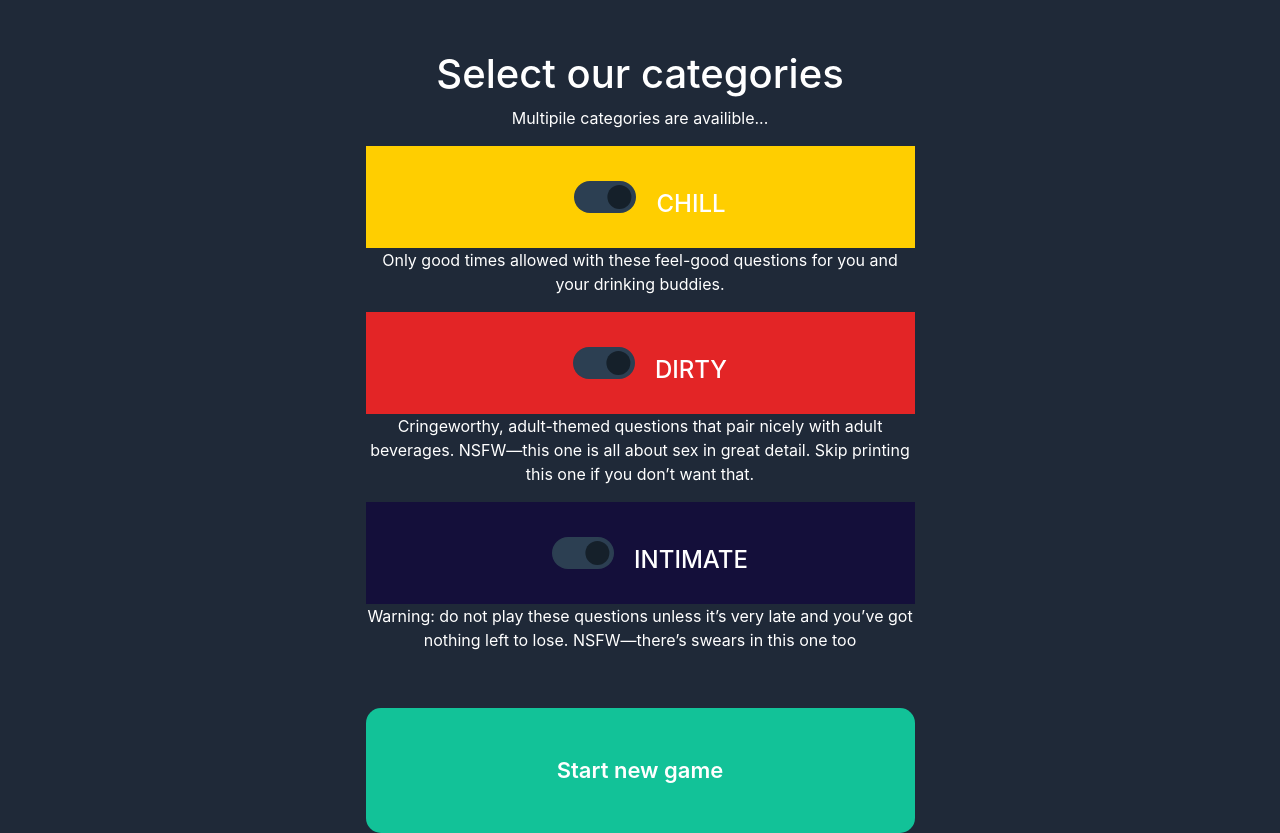
Repository: RafaelAshurov/TruthOrDrink
Page: /chose-your-categories
An editor plug-in stored every save of this project. The page is shown before and after the next save, followed by the edit.
The browser window is 1280 px wide. The pictures show the whole page.
The project was rebuilt for these pictures with package versions that can differ from the ones it lists, and the page was loaded fresh each time. Also part of the build but not shown: src/views/QuestionsPage.vue.

Above is the page before, as saved 2020-10-10 18:13:46.

### public/index.html
<!DOCTYPE html>
<html lang="en">
    <head>
        <meta charset="utf-8" />
        <meta http-equiv="X-UA-Compatible" content="IE=edge" />
        <meta name="viewport" content="width=device-width,initial-scale=1.0" />
        <link rel="icon" href="<%= BASE_URL %>favicon.ico" />
        <title>Truth Or Drink</title>
    </head>
    <body>
        <noscript>
            <strong
                >We're sorry but truth_or_drink doesn't work properly without
                JavaScript enabled. Please enable it to continue.</strong
            >
        </noscript>
        <div id="app"></div>
        <!-- built files will be auto injected -->
    </body>
</html>

### src/App.vue
<template>
    <div id="app" class="container-fluid">
        <div class="row justify-content-center text-center">
            <div class="col-12 col-md-8 col-lg-6 site-content">
                <router-view />
            </div>
        </div>
    </div>
</template>

<style lang="scss">
#app {
    .site-content {
        padding-top: 50px;
    }
}
body {
    background-color: #1f2938;
    color: #ffffff;
}
</style>

### src/router.js
import Vue from "vue";
import Router from "vue-router";
import StartGame from "./views/StartGame.vue";
import CategorySelect from "./views/CategorySelect.vue";
import QuestionsPage from "./views/QuestionsPage.vue";

Vue.use(Router);

export default new Router({
    mode: "history",
    base: process.env.BASE_URL,
    routes: [
        {
            path: "/",
            name: "startGame",
            component: StartGame
        },
        {
            path: "/chose-your-categories",
            name: "categories",
            component: CategorySelect
        },
        {
            path: "/drink-up",
            name: "questionsPage",
            component: QuestionsPage,
            props: true
        }
    ]
});

### src/views/StartGame.vue
<template>
    <div class="d-inline-block">
        <div class="start-game-logo-container">
            <img src="@/assets/tod.png" alt="site logo" />
        </div>
        <button @click="moveToCategpries()" type="button" class="btn btn-bg">New Game</button>
    </div>
</template>

<script>
export default {
    methods: {
        moveToCategpries() {
            this.$router.push("/chose-your-categories");
        }
    },
    created: function() {
        let localQuestionList = window.localStorage.getItem("questions");
        if (localQuestionList) this.$router.push({ name: "questionsPage" });
    }
};
</script>

<style>
.start-game-logo-container {
    img {
        max-width: 240px;
    }
}
button.btn {
    margin-top: 40px;
    width: 90%;
    padding: 45px;
    background-color: #12c298;
    color: #ffffff;
    font-size: 22px;
    font-weight: 600;
    border-radius: 15px;
}
</style>

### src/views/CategorySelect.vue
<template>
    <div class="category-select-page">
        <h1>Select our categories</h1>
        <p>Multipile categories are availible...</p>
        <div class="categories-wrapper">
            <div class="category-container" v-for="category in categories" :key="category.id">
                <div class="category-btn" :style="{ 'background-color': category.color }">
                    <span
                        ><input
                            type="checkbox"
                            name="checkbox"
                            v-model="selectedCategories"
                            :value="category.name"
                    /></span>
                    <h4>
                        {{ category.name }}
                    </h4>
                </div>
                <p class="category-description">
                    {{ category.description }}
                </p>
            </div>
        </div>
        <div class="start-game-btn-wrapper">
            <button @click="startNewGame()" type="button" class="btn btn-bg">
                Start new game
            </button>
        </div>
    </div>
</template>

<script>
import { QuestionList } from "../helpers/questionsList";

export default {
    data() {
        return {
            categories: [],
            selectedCategories: [],
            noCategoriesAlert: false
        };
    },
    created: function() {
        const categories = this.fillterCategories(QuestionList);
        this.setCategoriesObjects(categories);
    },
    methods: {
        fillterCategories(questionsList) {
            let categoriesArr = [];
            questionsList.forEach(question => {
                if (!categoriesArr.includes(question.category))
                    categoriesArr.push(question.category);
            });
            return categoriesArr;
        },
        setCategoriesObjects(categories) {
            categories.forEach(categoryName => {
                let categoryObj = {};
                switch (categoryName) {
                    case "chill":
                        categoryObj = {
                            id: 1,
                            name: categoryName,
                            color: "#ffce00",
                            description:
                                "Only good times allowed with these feel-good questions for you and your drinking buddies. "
                        };
                        break;
                    case "dirty":
                        categoryObj = {
                            id: 2,
                            name: categoryName,
                            color: "#e32526",
                            description:
                                "Cringeworthy, adult-themed questions that pair nicely with adult beverages. NSFW—this one is all about sex in great detail. Skip printing this one if you don’t want that."
                        };
                        break;
                    case "intimate":
                        categoryObj = {
                            id: 3,
                            name: categoryName,
                            color: "#140f3a",
                            description:
                                "Warning: do not play these questions unless it’s very late and you’ve got nothing left to lose. NSFW—there’s swears in this one too"
                        };
                        break;
                    default:
                        categoryObj = {
                            id: 4,
                            name: categoryName,
                            color: "#000000",
                            description: ""
                        };
                        break;
                }
                this.categories.push(categoryObj);
            });
        },
        startNewGame() {
            if (!selectedCategories) {
            } else {
                this.$router.push({
                    name: "questionsPage",
                    params: { selectedCategories: JSON.stringify(this.selectedCategories) }
                });
            }
        }
    }
};
</script>

<style lang="scss">
.category-select-page {
    .categories-wrapper {
        display: flex;
        flex-direction: column;

        .category-container {
            display: inline-block;
            margin: 0 auto;
            width: 90%;

            .category-btn {
                h4 {
                    display: inline-block;
                    text-transform: uppercase;
                    color: #ffffff;
                }
            }
        }
    }
}

.transition,
input[type="radio"]:after,
input[type="checkbox"][type="radio"]:after,
input[type="checkbox"]:after {
    -moz-transition: all 0.25s cubic-bezier(0.75, 0.01, 0.48, 2);
    -o-transition: all 0.25s cubic-bezier(0.75, 0.01, 0.48, 2);
    -webkit-transition: all 0.25s cubic-bezier(0.75, 0.01, 0.48, 2);
    transition: all 0.25s cubic-bezier(0.75, 0.01, 0.48, 2);
}

.bgTransition,
input[type="radio"]:before,
input[type="checkbox"][type="radio"]:before,
input[type="checkbox"]:before {
    -moz-transition: all 0.25s ease-in-out;
    -o-transition: all 0.25s ease-in-out;
    -webkit-transition: all 0.25s ease-in-out;
    transition: all 0.25s ease-in-out;
}

input[type="radio"],
input[type="checkbox"] {
    position: relative;
}
input[type="radio"]:before,
input[type="radio"]:after,
input[type="checkbox"]:before,
input[type="checkbox"]:after {
    content: "";
    position: absolute;
}
input[type="radio"]:before,
input[type="checkbox"]:before {
    height: 100%;
}
input[type="radio"][type="radio"],
input[type="checkbox"][type="radio"] {
    border-radius: 30px;
}
input[type="radio"][type="radio"]:before,
input[type="checkbox"][type="radio"]:before {
    width: 100%;
    border-radius: 30px;
    background-color: #2c3f52;
    box-shadow: 0 0 0 1px #2c3f52;
}
input[type="radio"][type="radio"]:after,
input[type="checkbox"][type="radio"]:after {
    width: 100%;
    height: 100%;
    border-radius: 30px;
    background-color: #15202a;
    -moz-transform: scale(0, 0);
    -ms-transform: scale(0, 0);
    -webkit-transform: scale(0, 0);
    transform: scale(0, 0);
}
input[type="radio"][type="radio"]:checked:after,
input[type="checkbox"][type="radio"]:checked:after {
    -moz-transform: scale(0.75, 0.75);
    -ms-transform: scale(0.75, 0.75);
    -webkit-transform: scale(0.75, 0.75);
    transform: scale(0.75, 0.75);
}
input[type="radio"][type="radio"]:checked:before,
input[type="checkbox"][type="radio"]:checked:before {
    background-color: #85ff7a;
    box-shadow: 0 0 0 1px #85ff7a;
}
input[type="radio"][type="checkbox"]:before,
input[type="checkbox"][type="checkbox"]:before {
    width: 200%;
    background-color: #2c3f52;
    box-shadow: 0 0 0 1px #2c3f52;
    -moz-transform: translate(-25%, 0);
    -ms-transform: translate(-25%, 0);
    -webkit-transform: translate(-25%, 0);
    transform: translate(-25%, 0);
    border-radius: 30px;
}
input[type="radio"][type="checkbox"]:after,
input[type="checkbox"][type="checkbox"]:after {
    width: 80%;
    height: 80%;
    margin-top: 10%;
    margin-left: 10%;
    background-color: #15202a;
    border-radius: 30px;
    -moz-transform: translate(60%, 0);
    -ms-transform: translate(60%, 0);
    -webkit-transform: translate(60%, 0);
    transform: translate(60%, 0);
}
input[type="radio"][type="checkbox"]:checked:after,
input[type="checkbox"][type="checkbox"]:checked:after {
    -moz-transform: translate(-60%, 0);
    -ms-transform: translate(-60%, 0);
    -webkit-transform: translate(-60%, 0);
    transform: translate(-60%, 0);
}
input[type="radio"][type="checkbox"]:checked:before,
input[type="checkbox"][type="checkbox"]:checked:before {
    background-color: #85ff7a;
    box-shadow: 0 0 0 1px #85ff7a;
}

input {
    margin: 36px;
}
input[type="radio"],
input[type="checkbox"] {
    cursor: pointer;
    width: 30px;
    height: 30px;
}

.radio,
.check {
    position: absolute;
    -moz-transform: translate(-50%, -50%);
    -ms-transform: translate(-50%, -50%);
    -webkit-transform: translate(-50%, -50%);
    transform: translate(-50%, -50%);
    top: 50%;
    left: 50%;
}

.radio {
    margin-left: -36px;
}

.check {
    margin-left: 36px;
}
</style>

Loaded but not shown: src/main.js (common file); src/plugins/bootstrap-vue.js (common file); src/helpers/questionsList.js (2107 lines, source omitted)

After the next save:
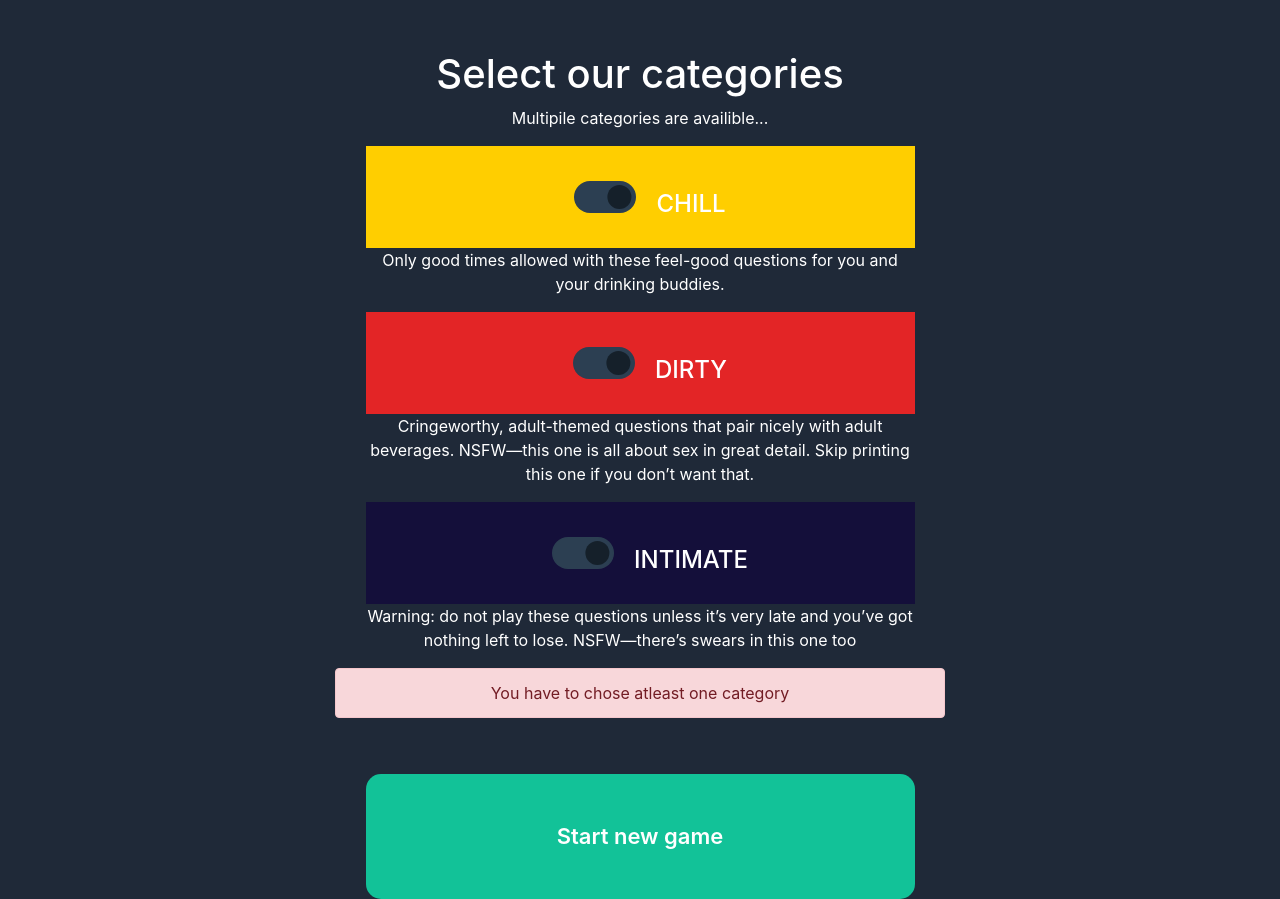
Saved 2 min 5 s later.
--- a/src/views/CategorySelect.vue
+++ b/src/views/CategorySelect.vue
@@ -22,6 +22,9 @@
             </div>
         </div>
         <div class="start-game-btn-wrapper">
+            <div class="alert alert-danger" role="alert">
+                You have to chose atleast one category
+            </div>
             <button @click="startNewGame()" type="button" class="btn btn-bg">
                 Start new game
             </button>
